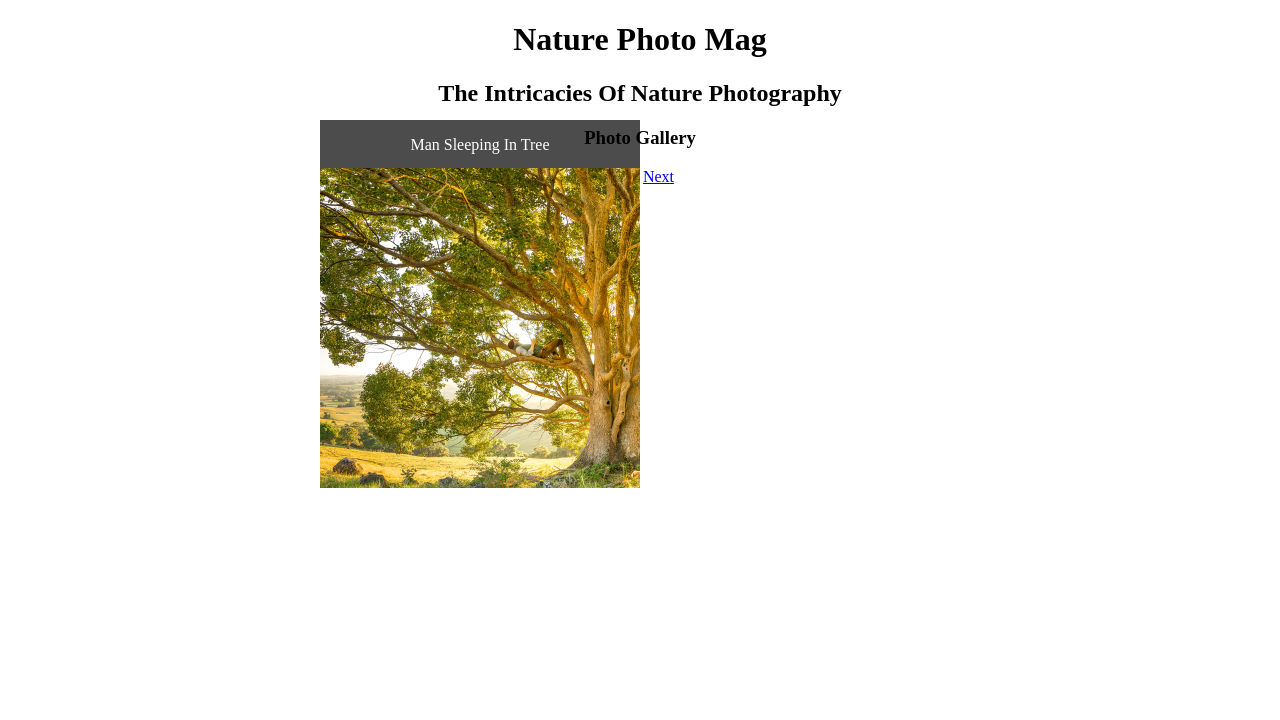
Repository: alexmaddux99/Image-Gallery
Page: index.html
An editor plug-in stored every save of this project. The page is shown before and after the next save, followed by the edit.
The browser window is 1280 px wide. The pictures show the whole page.

Above is the page before, as saved 2022-03-08 13:30:28.

### index.html
<!DOCTYPE html>
<html lang="en">
<head>
  <meta charset="UTF-8">
  <title>A Simple Carousel -  LIVE DEMO</title>
  <link rel="stylesheet" href="css/main.css">
  <script  src="js/main.js" defer></script>

</head>
<body>

<h1>Nature Photo Mag</h1>
<h2>The Intricacies Of Nature Photography</h2>
<section>
  <h3>Photo Gallery</h3>

  <figure class="frame">

    <img class="slide current" src="images/1.jpg" alt="Man Sleeping In Tree">
    <img class="slide" src="images/2.jpg" alt="Sun Peeking Through Trees">
    <img class="slide" src="images/3.jpg" alt="Couple Looking At Mountain Overlooking Lake">
    <img class="slide" src="images/4.jpg" alt="Northern Lights">
    <img class="slide" src="images/5.jpg" alt="Storm On The Coast">
    <img class="slide" src="images/6.jpg" alt="Mountain Overlooking house">
    <img class="slide" src="images/7.jpg" alt="Aerial Shot of Antartic Landscape">
    <img class="slide" src="images/8.jpg" alt="Close Up Of Crystal">
    <img class="slide" src="images/9.jpg" alt="Aerial Shot Of Remote Landscape">
    <img class="slide" src="images/10.jpg" alt="Aerial Shot Overlooking Ice Berg">




    <figcaption class="caption"></figcaption>
  </figure>

  <div class="controls">
    <a href="#" class="back-btn">Back</a>
    <a href="#" class="next-btn">Next</a>
  </div>

</section>

</body>
</html>

### css/main.css
* {
  box-sizing:border-box;
}

body {
  text-align:center;
}

section {
  width: 640px;
  margin: auto;
}

.frame {

  position:relative;
  max-width:640px;
  width: 50%;
  max-height:640px;
  margin: 1rem 0;

}

.slide {

  width: 100%;
  height: auto;
  display:block;
  margin-bottom: 2rem;
}


.hide {
  opacity: 0;
  transition: opacity .5s ease-out;
}


.current {
  transition: opacity .5s ease-out;
}


.abs-pos {
  position: absolute;
}

.caption {
  position: absolute;
  z-index: 3;
  color: #fff;
  background: rgba(0, 0, 0, .7);
  bottom: 0;
  width: 100%;
  height: 1rem;
  padding: 1rem 1rem 2rem 1rem;
}

.controls {
  display: none;
}

### js/main.js
document.addEventListener('DOMContentLoaded', init);

function init() {
  //create shortcut vars
  const back_btn = document.querySelector(".back-btn");
  const next_btn = document.querySelector(".next-btn");
  const frame = document.querySelector(".frame");
  const slides = frame.querySelectorAll("img");
  const caption = document.querySelector(".caption");
  const controls = document.querySelector(".controls");

  //with JS active, hide all images
  slides.forEach((slide) => {
    slide.classList.add("hide", "abs-pos");
  });

  // show the first slide
  slides[0].classList.remove("hide");

  //make the controls work
   next_btn.addEventListener("click",changeSlide);
   back_btn.addEventListener("click", changeSlide);

   // set the caption dynamically
   caption.innerHTML = frame.firstElementChild.alt;

   //show the controls
   controls.style.display = "block";
}



function changeSlide(e) {

    // stop link from trying to reload page
    e.preventDefault();

    //shortcut vars
    const frame = document.querySelector(".frame");
    const slides = frame.querySelectorAll("img");
    const caption = document.querySelector(".caption");
    let showing = document.querySelector(".current");
    let nextUp = "";

    if(e.target.className == 'next-btn') {
      nextUp = showing.nextElementSibling;
    }

    if(e.target.className == 'back-btn') {
      nextUp = showing.previousElementSibling;
    }

    // deactivate current image
    showing.classList.toggle("hide");
    showing.classList.toggle("current");

    //make sure next image is there
    if (!nextUp) {
      nextUp = slides[slides.length - 1];
    }

    if (nextUp.nodeName !== "IMG") {
      nextUp = slides[0];
    }

    // activate next image
    nextUp.classList.toggle("hide");
    nextUp.classList.toggle("current");

    //change caption text
    caption.innerHTML = nextUp.alt;
  }

After the next save:
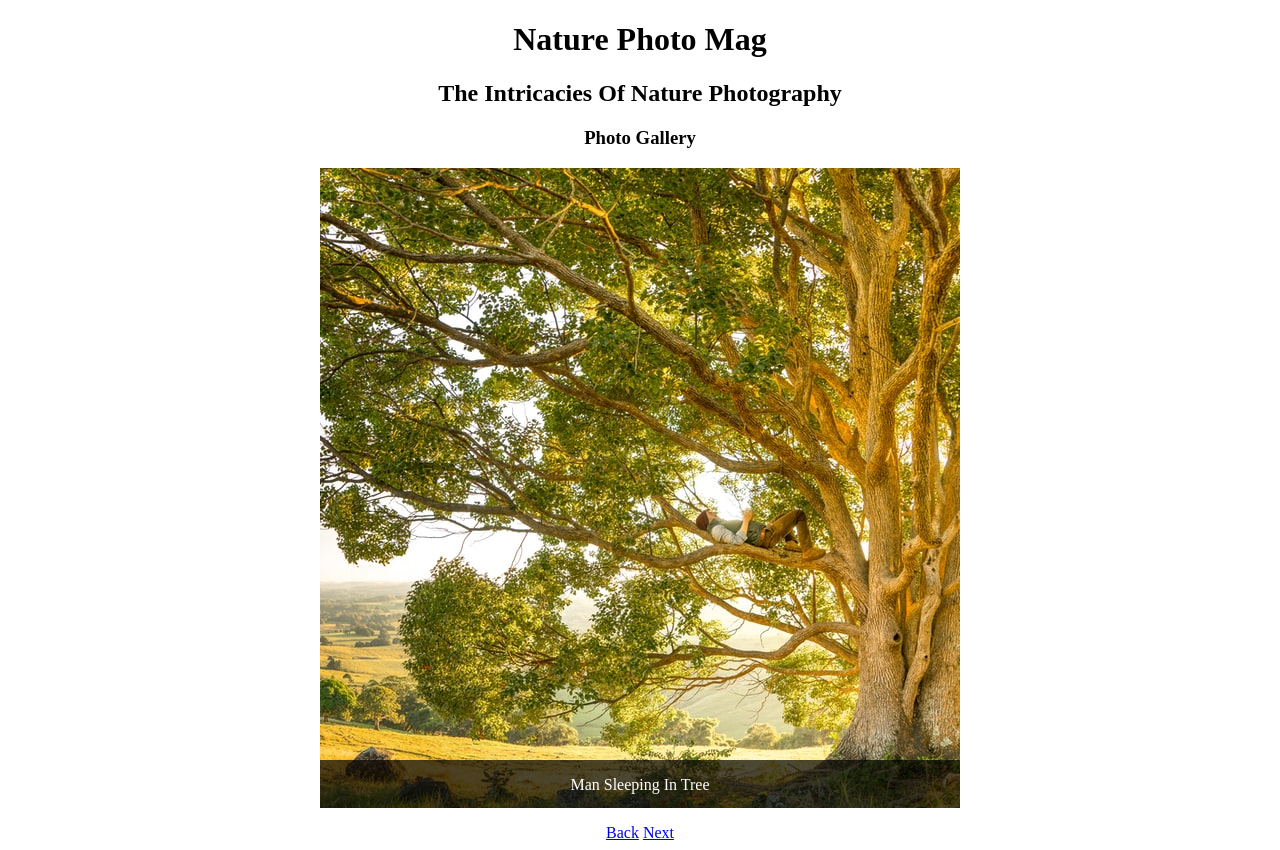
Saved 2 min 1 s later.
--- a/css/main.css
+++ b/css/main.css
@@ -15,8 +15,7 @@ section {
 
   position:relative;
   max-width:640px;
-  width: 50%;
-  max-height:640px;
+  height:640px;
   margin: 1rem 0;
 
 }
